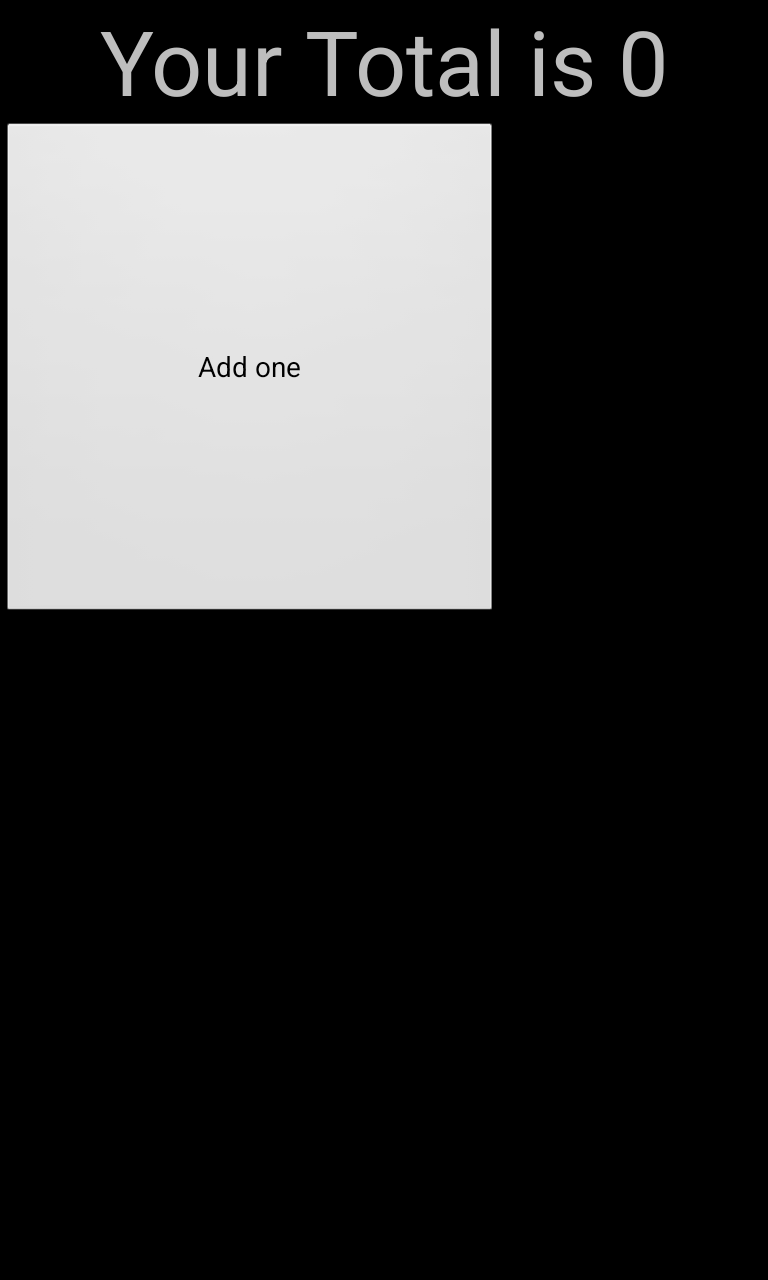
Repository: mcranwill/java_android
Layout: newboston/res/layout/main.xml
The author's editor kept a copy of each file at every save. The layout is drawn from the files as they stood at one save, then again after the next save.
It is drawn on a 768 x 1280 px phone screen (xhdpi) without system bars, with theme android:Theme; the app's code is not run.

Above is the layout before, as saved 2012-06-08 03:30:28.

### newboston/res/layout/main.xml
<?xml version="1.0" encoding="utf-8"?>
<LinearLayout xmlns:android="http://schemas.android.com/apk/res/android"
    android:layout_width="fill_parent"
    android:layout_height="fill_parent"
    android:orientation="vertical" >

    <TextView
        android:layout_width="fill_parent"
        android:layout_height="wrap_content"
        android:text="Your Total is 0"
        android:textSize="45dp"
        android:layout_gravity="center"
        android:gravity="center"
        />
	<Button
	    android:layout_width="250dp"
	    android:layout_height="250dp"
	    android:text="Add one"/>
</LinearLayout>

After the next save:
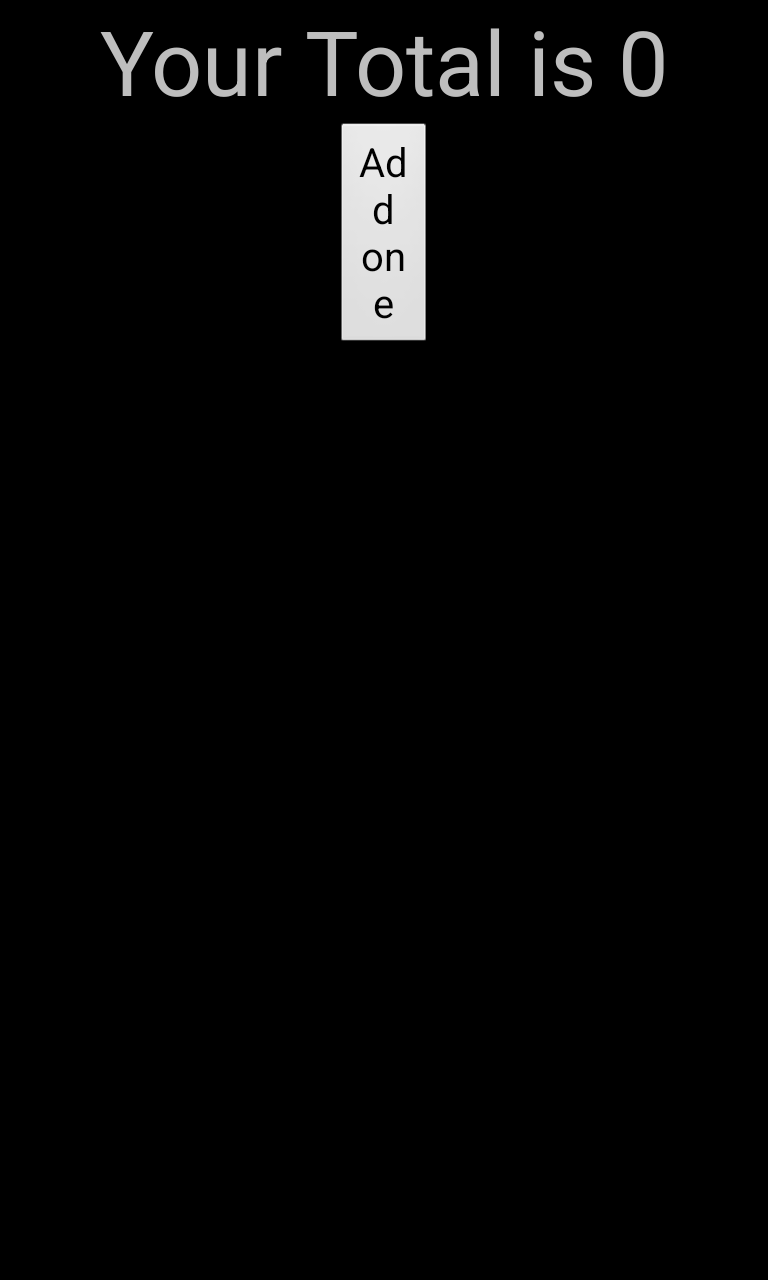
Saved 50 s later.
--- a/newboston/res/layout/main.xml
+++ b/newboston/res/layout/main.xml
@@ -13,7 +13,9 @@
         android:gravity="center"
         />
 	<Button
-	    android:layout_width="250dp"
-	    android:layout_height="250dp"
-	    android:text="Add one"/>
+	    android:layout_width="50dp"
+	    android:layout_height="wrap_content"
+	    android:layout_gravity="center"
+	    android:text="Add one"
+	    android:textSize="20dp"/>
 </LinearLayout>
